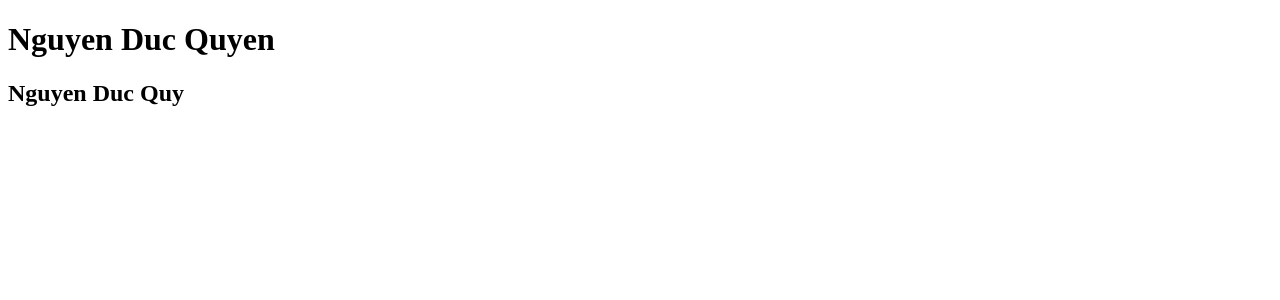
Repository: NguyenDucQuyen0507/Git_Test
Page: index.html
The author's editor kept a copy of each file at every save. The page is drawn from the files as they stood at one save, then again after the next save.
The browser window is 1280 px wide. The pictures show the whole page.

Above is the page before, as saved 2022-11-27 09:47:09.

### index.html
<!DOCTYPE html>
<html lang="en">
  <head>
    <meta charset="UTF-8" />
    <meta http-equiv="X-UA-Compatible" content="IE=edge" />
    <meta name="viewport" content="width=device-width, initial-scale=1.0" />
    <title>Document</title>
  </head>
  <body>
    <h1>Nguyen Duc Quyen</h1>
    <h2>Nguyen Duc Quy</h2>
  </body>
</html>

After the next save:
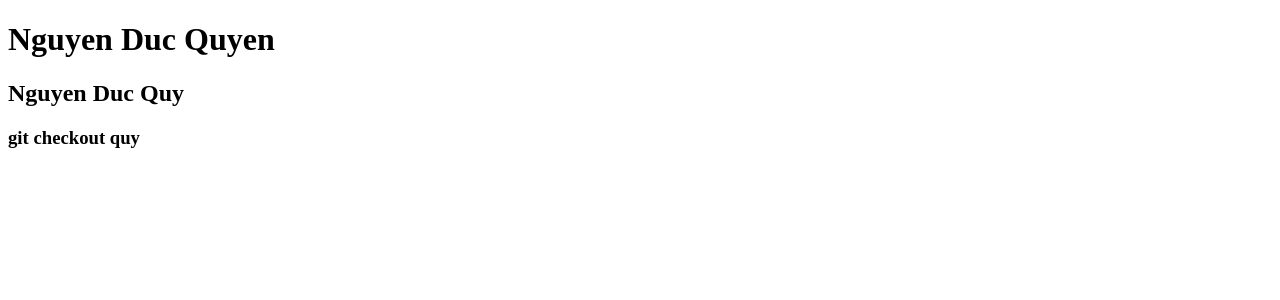
Saved 37 min 25 s later.
--- a/index.html
+++ b/index.html
@@ -9,5 +9,6 @@
   <body>
     <h1>Nguyen Duc Quyen</h1>
     <h2>Nguyen Duc Quy</h2>
+    <h3>git checkout quy</h3>
   </body>
 </html>
